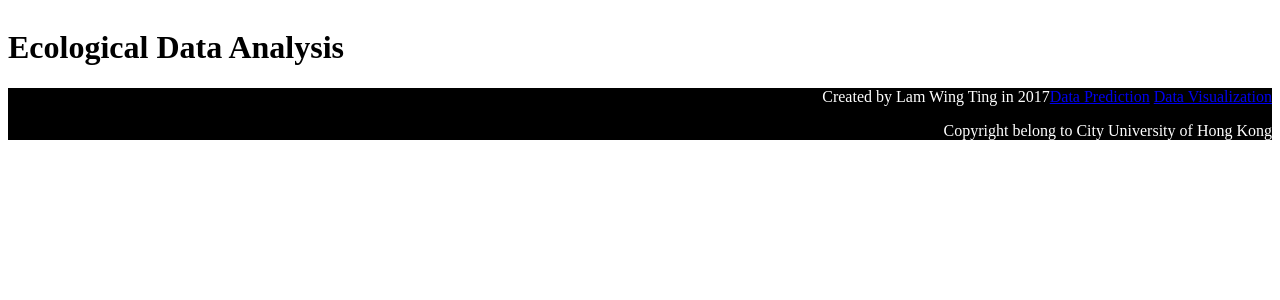
Repository: JenniferLam/FYP
Page: http://localhost/FYP_webapp/prediction/dataPred.html
These files come from the project's save history. The page is drawn as it stood at one moment and after the next save; the edit follows.
The browser window is 1280 px wide. The pictures show the whole page.
The page is served by Tomcat 9.

Above is the page before, as saved 2018-01-28 21:37:47.

After the next save:
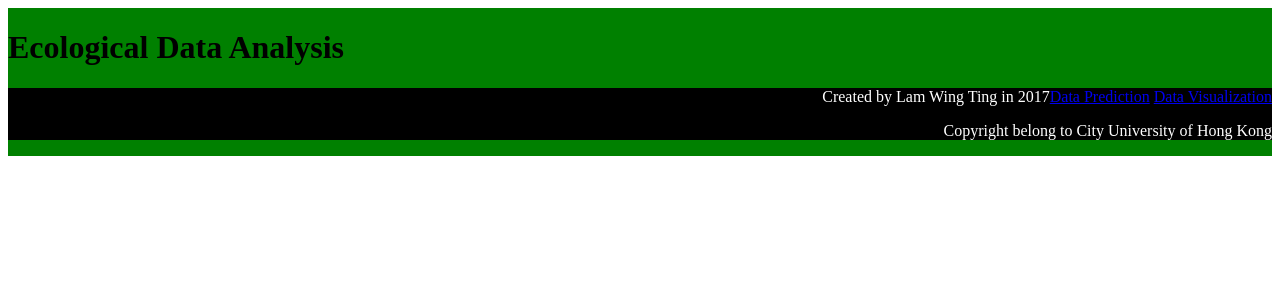
Saved 15 s later.
--- a/WebAppDev/FYP_webapp/WebContent/common.css
+++ b/WebAppDev/FYP_webapp/WebContent/common.css
@@ -1,7 +1,7 @@
 #header{
 	float:left;
 	width:100%;
-	height:0;
+	height:20%;
 	display:inline-block;
 	background-color:green;
 }
